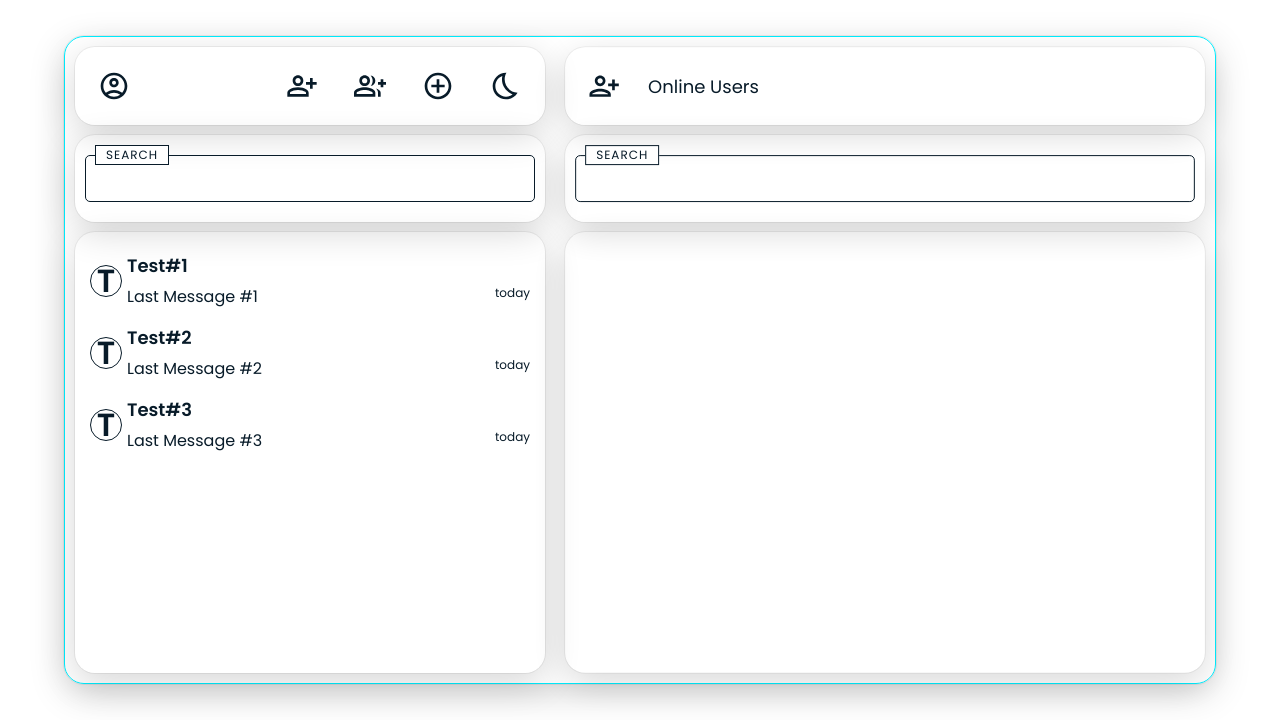
Repository: swastikjhacoder/mern-chat-frontend-only
Page: /users
The author's editor kept a copy of each file at every save. The page is drawn from the files as they stood at one save, then again after a run of saves.
The browser window is 1280 px wide. The pictures show the whole page.
An inner scrolling area shows only its first screen. The project was rebuilt for these pictures with package versions that can differ from the ones it lists, and the page was loaded fresh each time. Also part of the build but not shown: src/components/loginSignup/Login.jsx, src/components/chat/MessageOthers.jsx, src/components/chat/MessageSelf.jsx, src/components/chat/ChatContainer.jsx. Imported but missing from the stored project, and not drawn on this page: src/components/loginSignup/SignUp.

Above is the page before, as saved 2023-09-21 22:42:18.

After the next 5 saves:
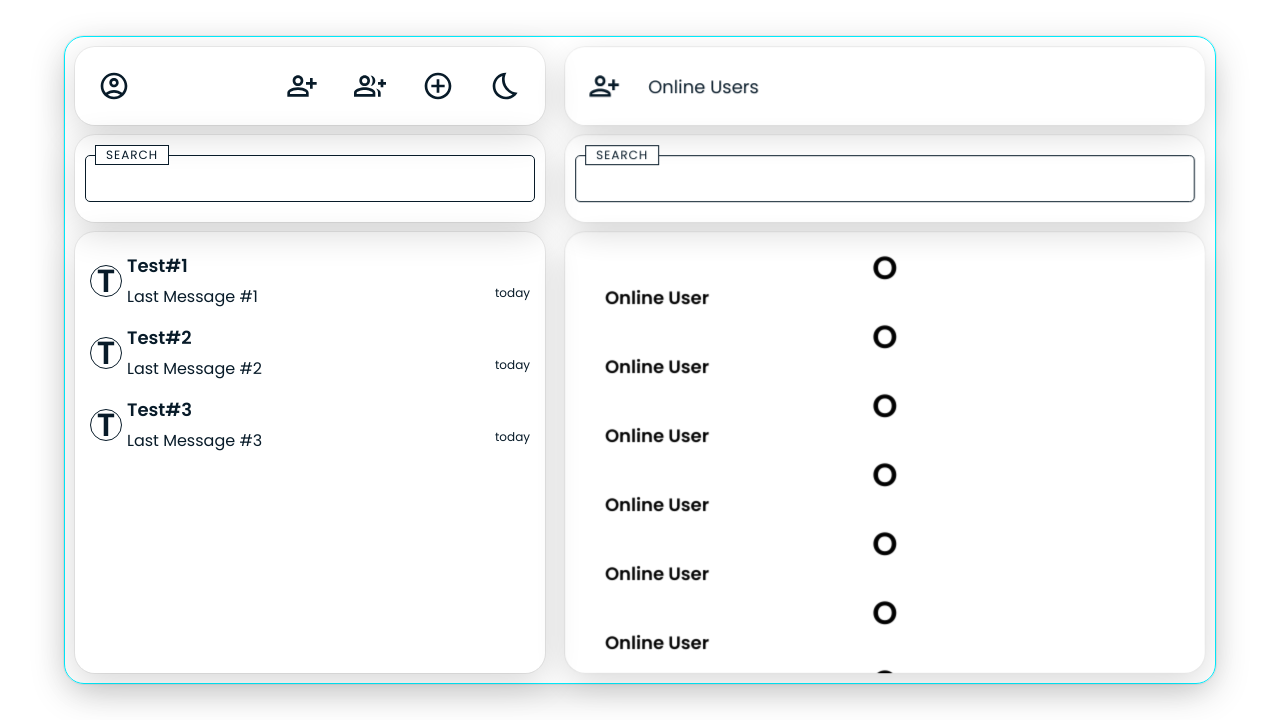
The 5 saves are shown as one change because 2 did not build or start and some came seconds apart.
The last was saved 26 s later.
--- a/src/components/chat/OnlineUsers.jsx
+++ b/src/components/chat/OnlineUsers.jsx
@@ -5,7 +5,20 @@ import { useSelector } from "react-redux";
 const OnlineUsers = () => {
   const { color } = useSelector((state) => state.liveChat);
   const props = { name: "Online User" };
-  return ;
+    return (
+      <motion.div
+        whileHover={{ scale: 1.01 }}
+        whileTap={{ scale: 0.98 }}
+        className="online-users-container"
+      >
+        <p className="con-icon">
+          {props.name[0]}
+        </p>
+        <p className="con-title">
+          {props.name}
+        </p>
+      </motion.div>
+    );
 };
 
 export default OnlineUsers;
